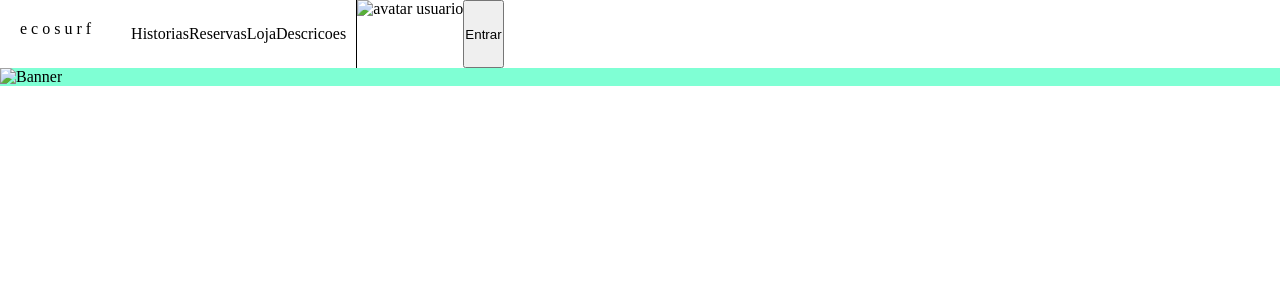
Repository: jorgprado/html-css-js
Page: blog-ecosurf/index.html
The author's editor kept a copy of each file at every save. The page is drawn from the files as they stood at one save, then again after the next save.
The browser window is 1280 px wide. The pictures show the whole page.

Above is the page before, as saved 2023-05-15 21:27:54.

### blog-ecosurf/index.html
<!DOCTYPE html>
<html lang="pt-br">
<head>
    <meta charset="UTF-8">
    <meta http-equiv="X-UA-Compatible" content="IE=edge">
    <meta name="viewport" content="width=device-width, initial-scale=1.0">
    <link rel="stylesheet" href="css/style.css">
    <title>Ecosurf</title>
</head>
<body>
    <main>
        <header>
            <p class="logo "><span>e</span>
                <span>c</span>
                <span>o</span>
                <span>s</span>
                <span>u</span>
                <span>r</span>
                <span>f</span>
            </p>
            <menu>
                <p>Historias</p>
                <p>Reservas</p>
                <p>Loja</p>
                <p>Descricoes</p>
            </menu>
            <img src="#" alt="avatar usuario">
            <button>Entrar</button>

        </header>
        <div class="banner">
            <img src="" alt="Banner">
        </div>


    </main>
</body>
</html>

### blog-ecosurf/css/style.css
@charset "UTF-8";

*{
    padding: 0;
    margin: 0;
}

header {
    display: flex;
}

.logo{
    padding: 20px 20px;

}

header menu{
    display: flex;
    padding: 20px 20px;
    border-right: 1px solid #000;
    padding-right: 10px;
}

header menu p{
    display: block;
  padding: 5px 0;
  text-decoration: none;
  color: #000;
}

.banner{
    margin: auto;
    background-color: aquamarine;
}

After the next save:
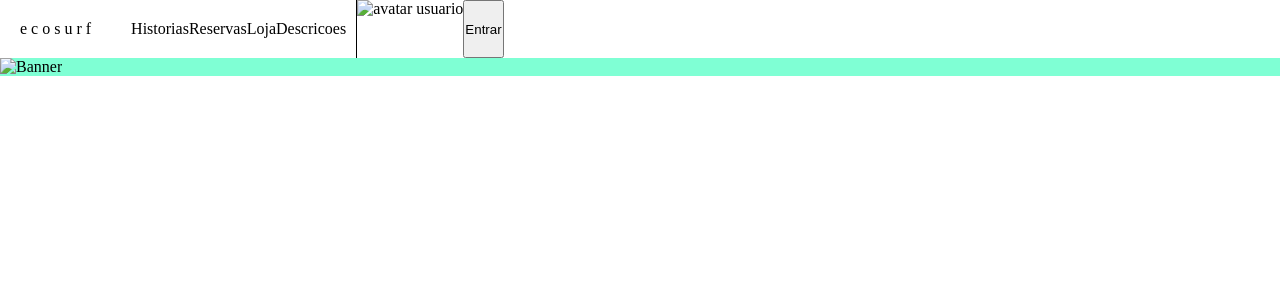
Saved 17 s later.
--- a/blog-ecosurf/css/style.css
+++ b/blog-ecosurf/css/style.css
@@ -22,10 +22,7 @@ header menu{
 }
 
 header menu p{
-    display: block;
-  padding: 5px 0;
-  text-decoration: none;
-  color: #000;
+    p
 }
 
 .banner{
